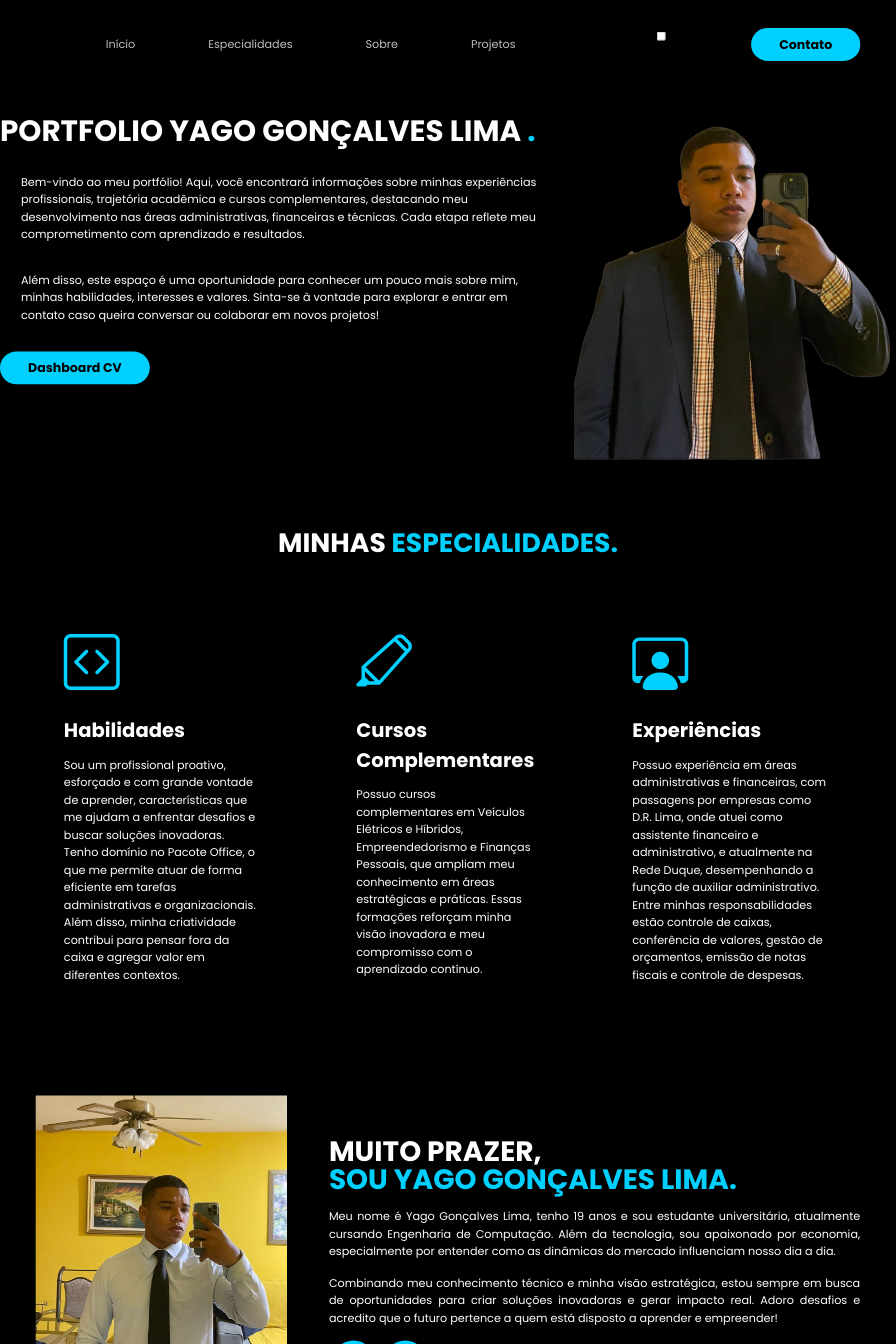
Repository: yagolima1511/Portfolio
Page: index.html
The author's editor kept a copy of each file at every save. The page is drawn from the files as they stood at one save, then again after a run of saves.
The browser window is 1280 px wide. The pictures show the part of the page from y = 0 to 1920 px (the page is 3476 px tall before and 3501 px after), at 70% of full size.

Above is the page before, as saved 2025-03-03 21:07:54.

After the next 4 saves:
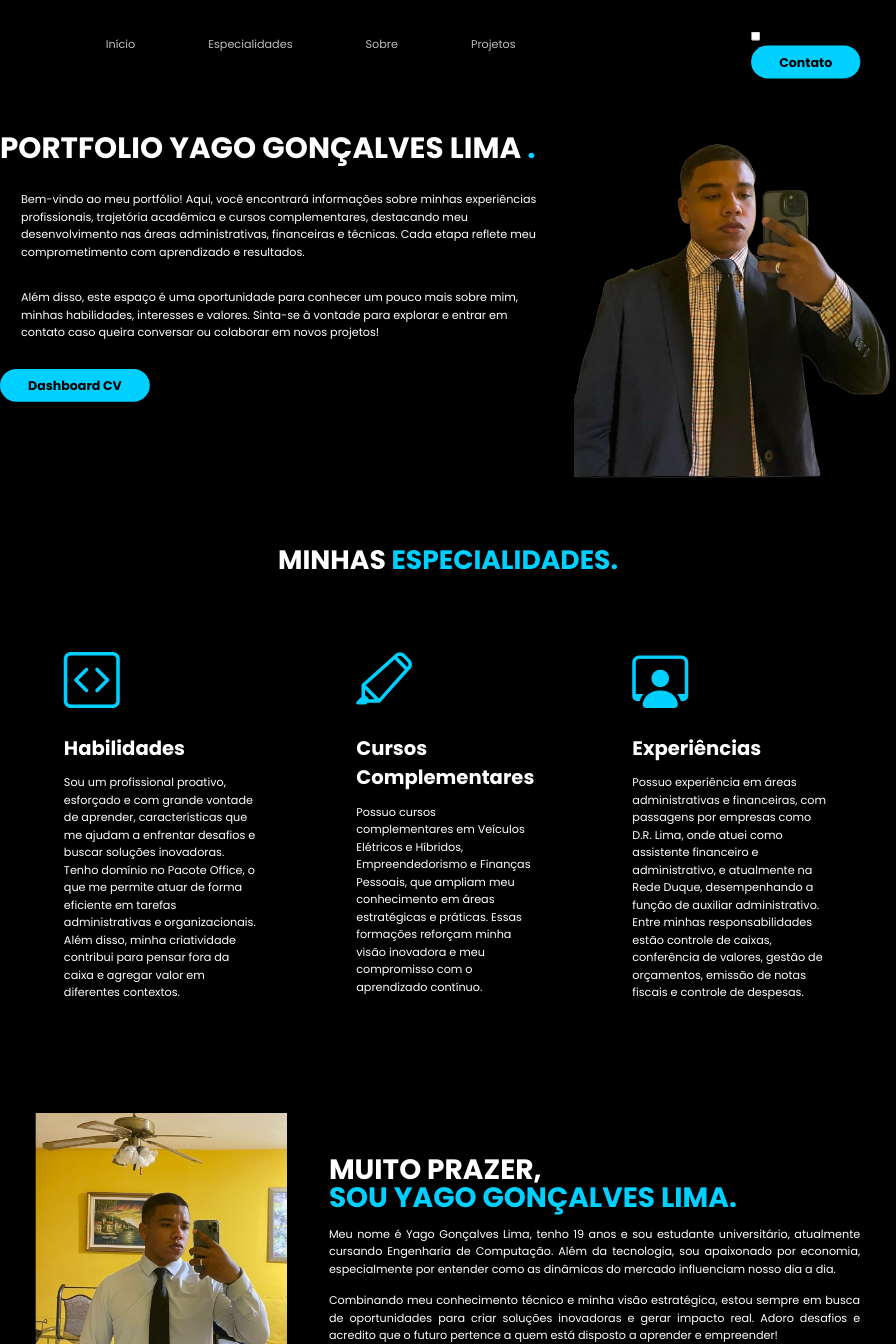
The 4 saves are shown as one change because they came seconds apart.
The last was saved 12 s later.
--- a/index.html
+++ b/index.html
@@ -31,7 +31,7 @@
                 <label for="menu-toggle" class="menu-btn">
                     <i class="bi bi-list"></i>
                 </label>
-
+                <nav class=""
               </div>
 
              <div class="btn-contato">

After the 2 saves that followed:
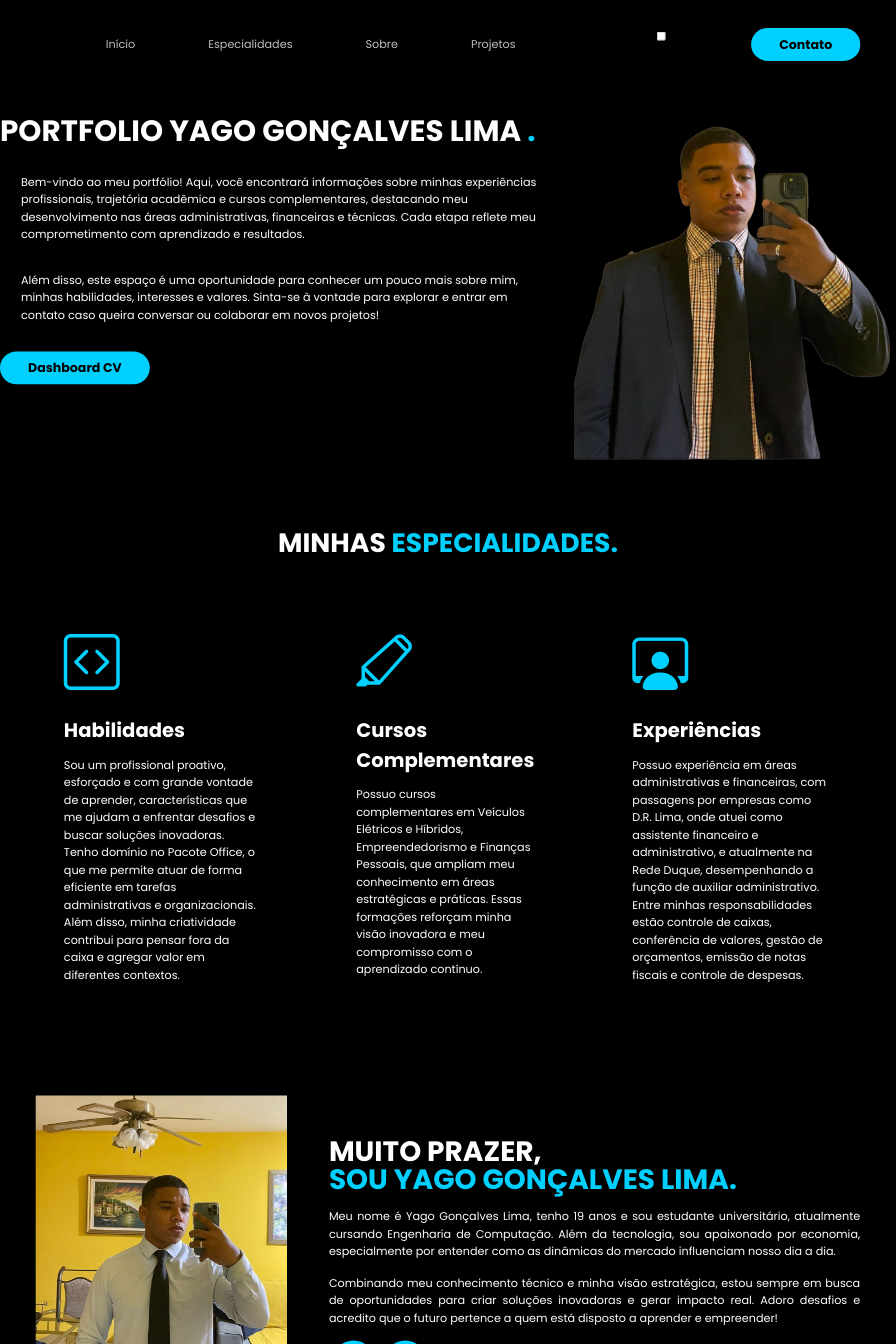
The 2 saves are shown as one change because they came seconds apart.
The last was saved 13 s later.
--- a/index.html
+++ b/index.html
@@ -31,7 +31,9 @@
                 <label for="menu-toggle" class="menu-btn">
                     <i class="bi bi-list"></i>
                 </label>
-                <nav class=""
+                <nav class="mobiel-nav">
+
+                </nav>
               </div>
 
              <div class="btn-contato">
